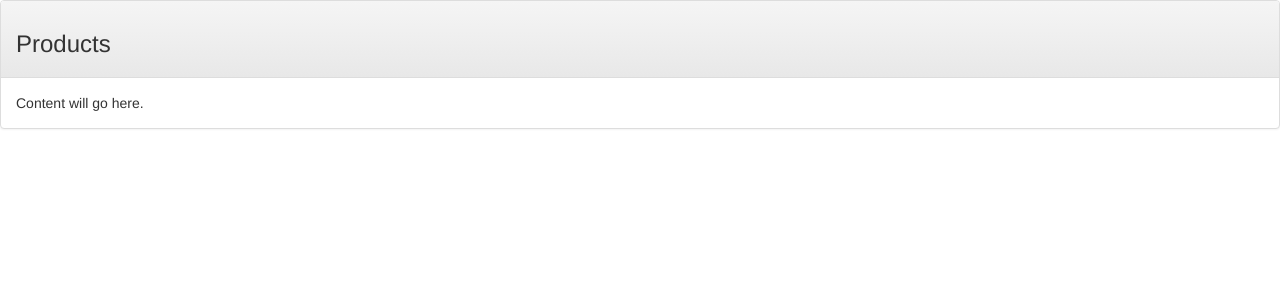
Repository: chisun-joung/workplace
Page: angularJS/WebContent/Chap15_CustomDirective/P438_Directive.html
The author's editor kept a copy of each file at every save. The page is drawn from the files as they stood at one save, then again after the next save.
The browser window is 1280 px wide. The pictures show the whole page.
Some web libraries are served in a nearby version.

Above is the page before, as saved 2016-11-30 04:38:48.

After the next save:
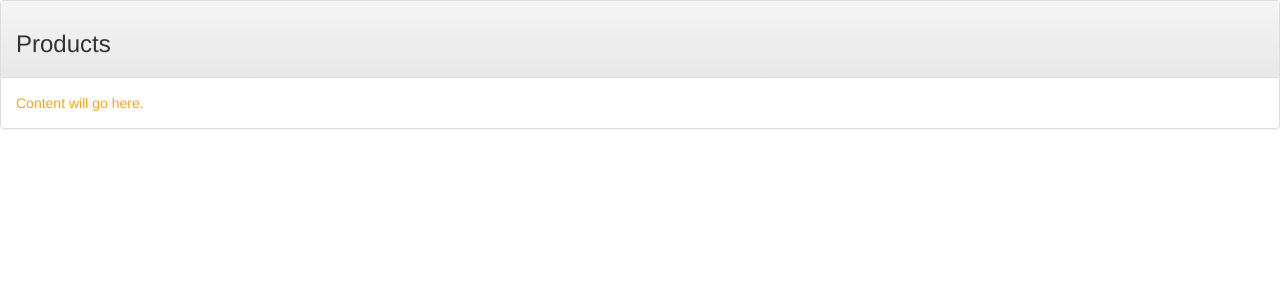
Saved 118 s later.
--- a/angularJS/WebContent/Chap15_CustomDirective/P438_Directive.html
+++ b/angularJS/WebContent/Chap15_CustomDirective/P438_Directive.html
@@ -23,6 +23,8 @@
 				console.log(element);
 				console.log(attrs);
 				console.log(ctrl);
+
+				element.css('color','orange');
 			}
 		}])
 
